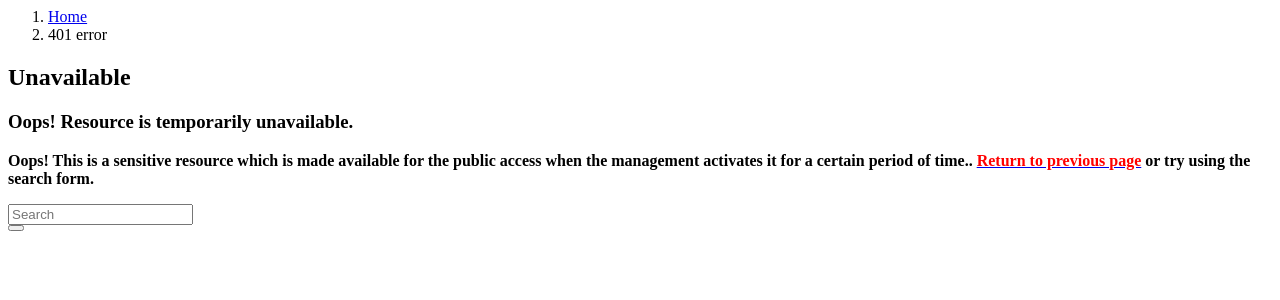
Repository: sanjeev167/IndiaOnLineVoting_3112020
Page: http://localhost/IndiaOnLineVoting/WEB-INF/jsp/resultNotPublished.jsp
These files come from the project's save history. The page is drawn as it stood at one moment and after the next save; the edit follows.
The browser window is 1280 px wide. The pictures show the whole page.
The page is served by Tomcat 9. Nobody is signed in. The template is opened directly, without the code that normally fills it, so the values that code supplies are empty.

Above is the page before, as saved 2020-11-10 16:41:15.

After the next save:
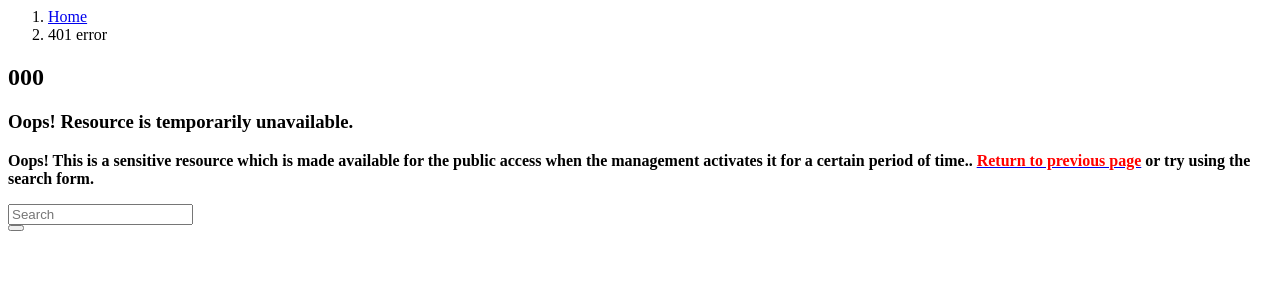
Saved 14 s later.
--- a/IndiaOnLineVoting/src/main/webapp/WEB-INF/jsp/resultNotPublished.jsp
+++ b/IndiaOnLineVoting/src/main/webapp/WEB-INF/jsp/resultNotPublished.jsp
@@ -18,7 +18,7 @@
 	<section class="content">
 
 		<div class="error-page">
-			<h2 class="headline text-red">Unavailable </h2>
+			<h2 class="headline text-red">000 </h2>
 
 			<div class="error-content">
 				<h3>
